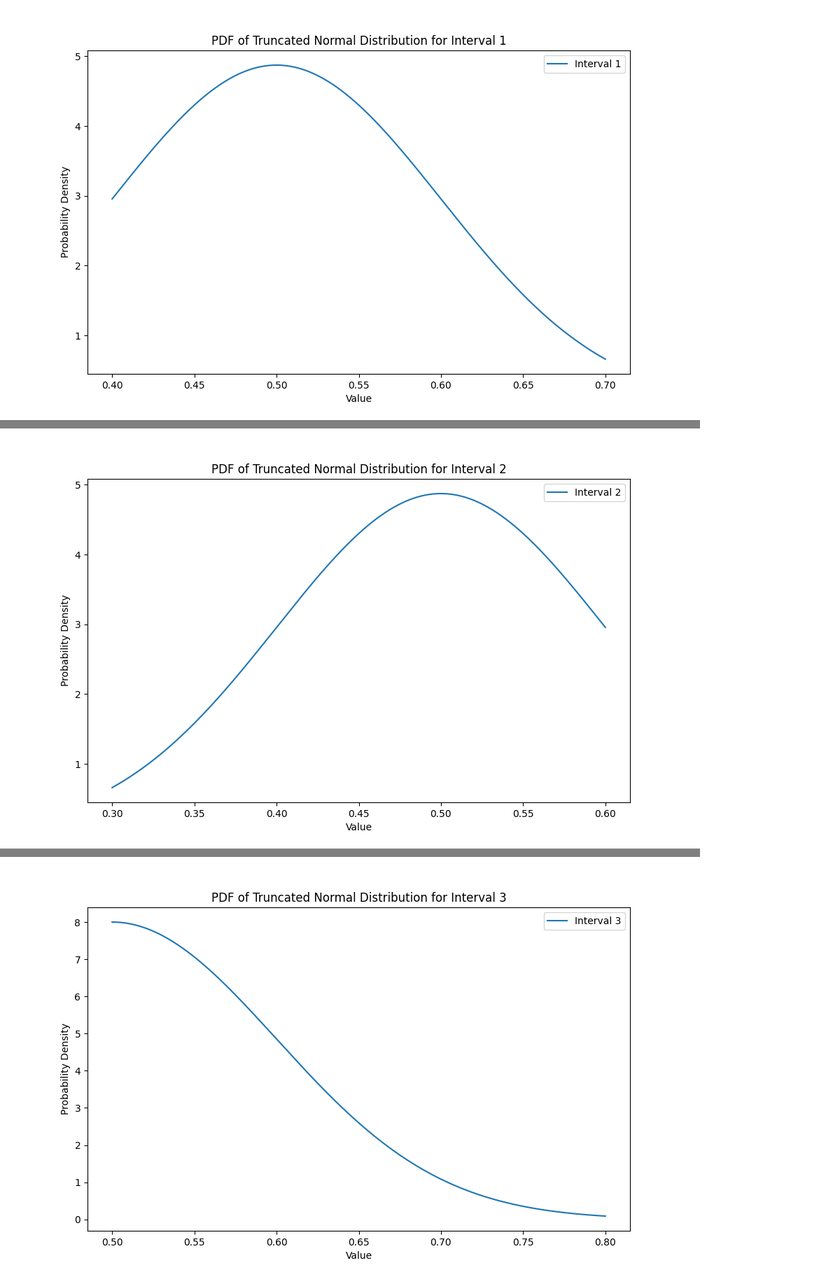
Repository: KrystofM/stealing-part-lm-supplementary-plaid
Script's output: python optimize_logit_queries/askers/some_one_over_n_copy.py
These files come from the project's save history. The script's output is drawn as it stood at one moment and after the next save; the edit follows.
The pictures show rows 0 to 2080 of an output 1824 px tall, at 70% of full size.
Each picture stacks the figures in order, with grey between them; figures that are only written to a file come last. Random numbers start from a fixed seed.

Above is the script's output before, as saved 2024-06-20 15:36:00.

After the next save:
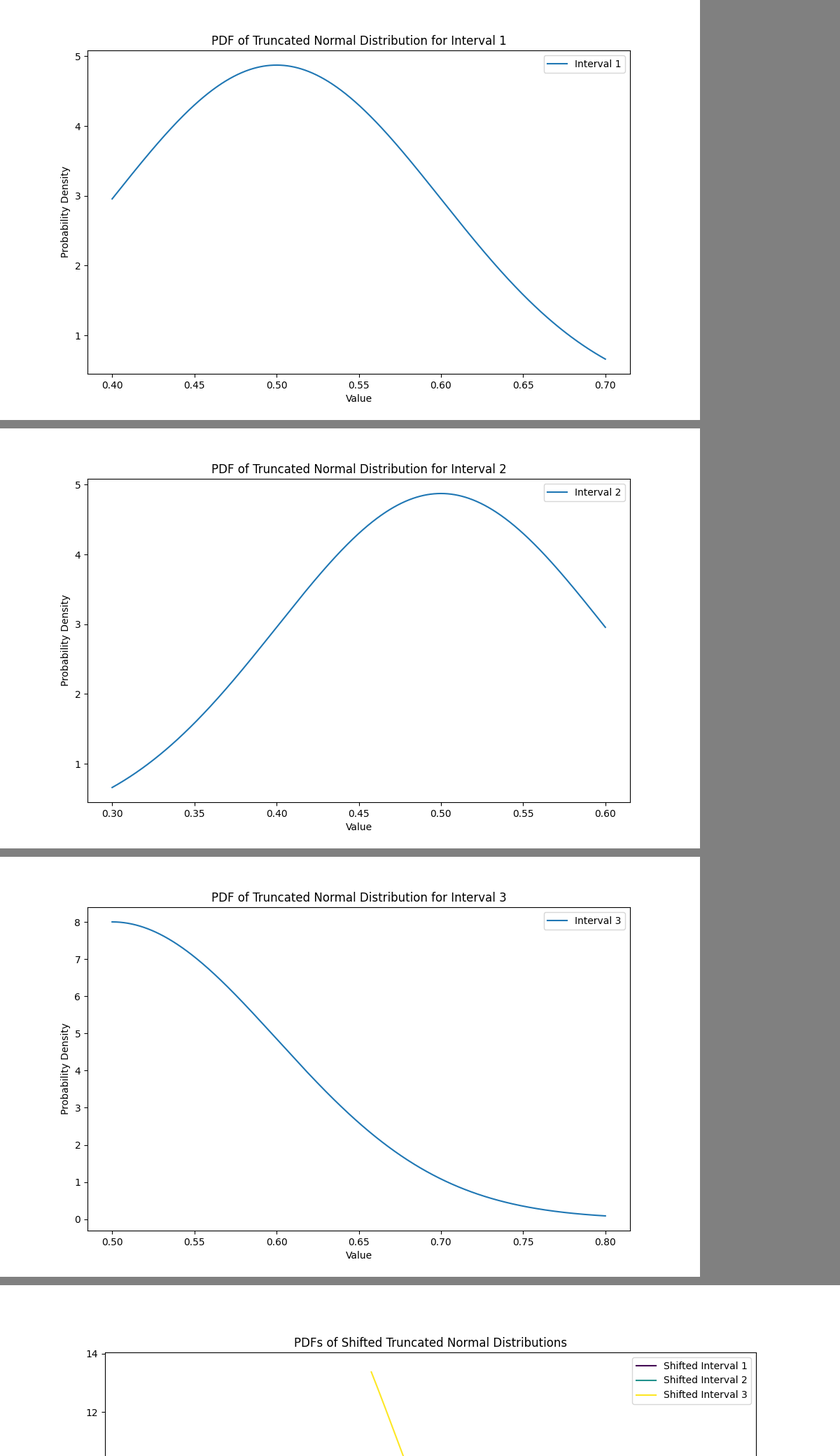
Saved 2 min 3 s later.
--- a/optimize_logit_queries/askers/some_one_over_n_copy.py
+++ b/optimize_logit_queries/askers/some_one_over_n_copy.py
@@ -131,3 +131,16 @@ for i in range(n):
     plt.title(f'PDF of Truncated Normal Distribution for Interval {i+1}')
     plt.legend()
     plt.show()
+
+# plot the pdfs of the shifted truncated normal distributions over each other
+plt.figure(figsize=(12, 8))
+colors = plt.cm.viridis(np.linspace(0, 1, n))
+for i in range(n):
+    x = np.linspace(low[i], high[i], 1000)
+    shifted_dist = truncnorm((low[i] - mu - r_values[i]) / sigma, (high[i] - mu - r_values[i]) / sigma, loc=mu + r_values[i], scale=sigma)
+    plt.plot(x, shifted_dist.pdf(x), color=colors[i], label=f'Shifted Interval {i+1}')
+plt.xlabel('Value')
+plt.ylabel('Probability Density')
+plt.title('PDFs of Shifted Truncated Normal Distributions')
+plt.legend()
+plt.show()
